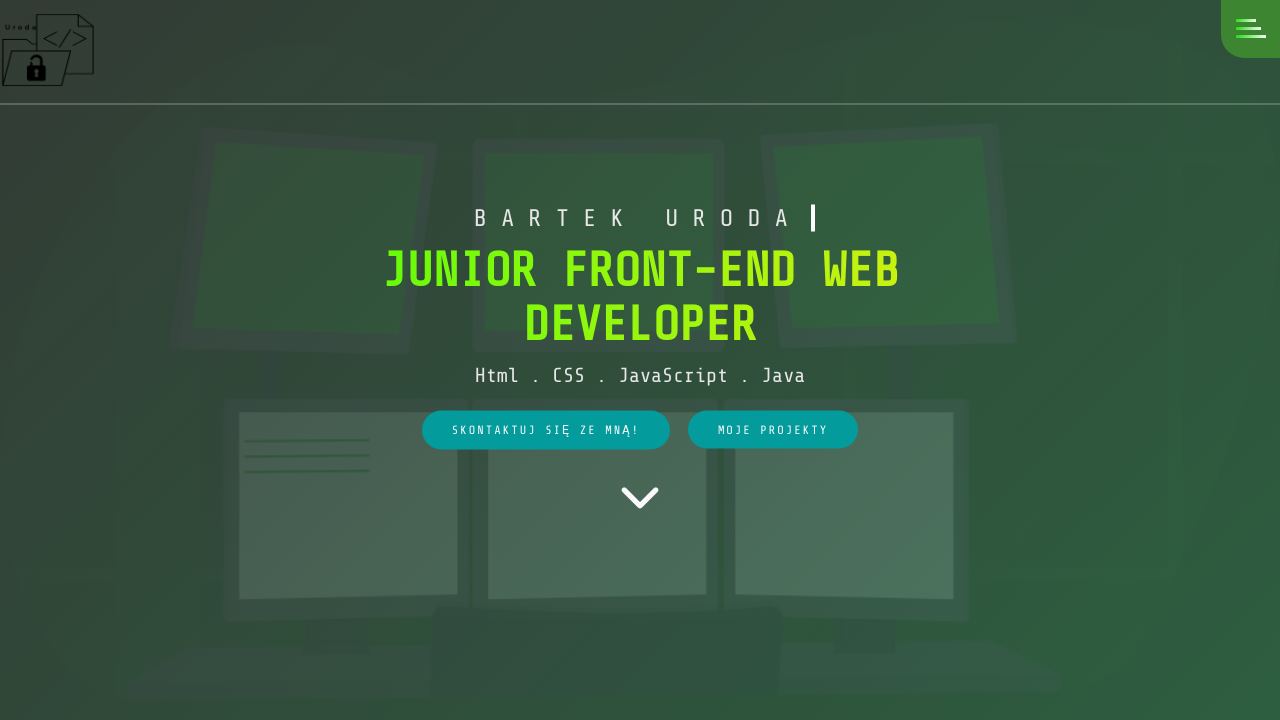
Repository: BartekUroda/portfolio
Page: index.html
The author's editor kept a copy of each file at every save. The page is drawn from the files as they stood at one save, then again after the next save.
The browser window is 1280 px wide. The pictures show the whole page.
Some web libraries are served in a nearby version.

Above is the page before, as saved 2020-10-27 00:38:05.

### index.html
<!DOCTYPE html>
<html lang="en">
<head>
    <meta charset="UTF-8">
    <meta name="viewport" content="width=device-width, initial-scale=1.0">
    <title>Portfolio | Bartek Uroda</title>
    <link rel="stylesheet" type="text/css" href="css/style.css">
    <link href="https://fonts.googleapis.com/css2?family=Poppins&sfamily=Share+Tech+Mono&display=swap" rel="stylesheet">
    <script src="https://kit.fontawesome.com/056e5c10dc.js" crossorigin="anonymous"></script>
    <link rel="shortcut icon" type="image/x-icon" href="images/favicon.ico" />
</head>
<body>
    <header>
        <div class="container">
            <nav>
                <div class="nav-brand">
                    <a href="index.html">
                        <img src="images/logo.png" alt="Uroda">
                    </a>
                </div>
                <div class="burger-menu-icon">
                    <div class="line1"></div>
                    <div class="line2"></div>
                    <div class="line3"></div>
                </div>
                <ul class="nav-list">
                    <li class="nav-item">
                      <a href="#landing-page">
                        <img
                          src="images/profile.jpeg"
                          alt="Bartek Uroda"
                          class="profile-pic nav-link"
                        >
                        <span class="caption nav-link">Bartek Uroda</span>
                      </a>
                    </li>
                    <li class="nav-item">
                      <a href="#about" class="nav-link">O mnie</a>
                    </li>
                    <li class="nav-item">
                      <a href="#services" class="nav-link">Usługi</a>
                    </li>
                    <li class="nav-item">
                      <a href="#projects" class="nav-link">Projekty</a>
                    </li>
                    <li class="nav-item">
                      <a href="#contact" class="nav-link">Kontakt</a>
                    </li>
                    <li class="nav-item">
                      <a href="https://www.facebook.com/bartlomiej.uroda.3" target="_blank" class="nav-link">
                        <i class="fab fa-facebook"></i>
                      </a>
                      <a href="https://github.com/Urodii" target="_blank" class="nav-link">
                        <i class="fab fa-github"></i>
                      </a>
                      <a href="https://www.youtube.com/channel/UCzT1h5RNvmbtrmKT5hPjyAg?view_as=subscriber" target="_blank" class="nav-link">
                        <i class="fab fa-youtube"></i>
                      </a>
                    </li>
                  </ul>
            </nav>
        </div>
    </header>
    <main>
      <section id="landing-page" class="landing-page">
        <div class="container">
          <div class="main-message">
            <h2>Bartek Uroda</h2>
            <h3>Junior Front-End Web Developer</h3>
            <p>Html . CSS . JavaScript . Java</p>
            <div class="intro-btn">
              <div class="cta">
                <a href="#contact" class="btn">Skontaktuj się ze mną!</a>
              </div>
              <div class="cta">
                <a href="#projects" class="btn">Moje Projekty</a>
              </div>
            </div>
            <div>
              <a href="#about" class="scroll-down">
                <i class="fa fa-chevron-down" aria-hidden="true"></i>
              </a>
            </div>
          </div>
        </div>
      </section>
    </main>
 <script type="text/javascript" src="js/main.js"></script>
</body>
</html>

### css/style.css
/* ----------GLOBAL STYLES---------- */
*,
*::before,
*::after {
  margin: 0;
  padding: 0;
  box-sizing: inherit;
}
html {
    font-family: "Share Tech Mono", monospace;
    font-size: 12px;
    box-sizing: border-box;
    scroll-behavior: smooth;
    color: #e7e7e7;
    background: rgb(49, 68, 56);
}

a {
    text-decoration: none;
    color: rgb(3, 155, 23);
}

a:hover {
    color: rgba(249, 105, 14, 1);
}

ul {
    list-style: none;
}

p {
    font-size: 1.4rem;
}

img {
    width: 100%;
    max-width: 100%;
    height: auto;
}
/* ----------HEADER---------- */
header {
    width: 100%;
    height: 5rem;
    position: absolute;
    top: 0;
    left: 0;
    z-index: 1;
}
.contenier {
    width: 100%;
    max-width: 90rem;
    margin: 0 auto;
    padding: 0 1.5rem;
}
.nav-brand {
    width: 8rem;
}
nav {
    width: 100%;
    display: flex;
    align-items: center;
    justify-content: space-between;
    padding: 1rem 0;
    border-bottom: 2px solid rgba(255, 255, 255, .2);
}
.line1 {
    width: 20px;
    height: 3px;
    margin: 5px 0;
    background: linear-gradient(
      135deg,
      rgb(27, 218, 10) 0%,
      rgb(255, 255, 255) 100%
    );
}
.line2 {
    width: 25px;
    height: 3px;
    background: linear-gradient(
      135deg,
      rgb(27, 218, 10) 0%,
      rgb(255, 255, 255) 100%
    );
}
.line3 {
    width: 30px;
    height: 3px;
    margin: 5px 0;
    background: linear-gradient(
      135deg,
      rgb(27, 218, 10) 0%,
      rgb(255, 255, 255) 100%
    );
}
.burger-menu-icon {
    cursor: pointer;
    z-index: 999;
    position: fixed;
    right: 0;
    top: 0;
    background-color: rgba(67, 145, 47, 0.815);
    padding: 1.2rem;
    border-radius: 0% 0% 0% 40%;
}
.profile-pic {
    height: 9rem;
    width: auto;
    border-radius: 50%;
    display: block;
    margin: 1.5rem 0;
}
.caption {
    display: block;
}
.nav-list {
    width: 24rem;
    height: 100vh;
    background-color:  rgb(69, 85, 75);
    position: fixed;
    top: 0;
    right: -26rem;
    display: flex;
    flex-direction: column;
    align-items: center;
    justify-self: start;
    z-index: 998;
    transition: all 650ms ease-in-out;
}
.nav-list.active {
    right: 0;
}
.nav-item {
    margin: 1.2rem 0;
}
.nav-link {
    opacity: 0;
    font-size: 1.3rem;
    text-transform: uppercase;
    color: #cecece;
    letter-spacing: 1.5px;
}
.nav-link:hover {
    color: rgb(62, 248, 15);
}
.toggle {
    background: none;
}
.toggle .line1 {
    transform: rotate(-45deg) translate(-5px, 6px) scalex(2);
}
.toggle .line2 {
    opacity: 0;
}
.toggle .line3 {
    width: 20px;
    transform: rotate(45deg) translate(-5px, -6px) scalex(2);
    margin-left: 0px;
}
@keyframes navLinkAnimate {
    from{
        opacity: 0;
        transform: translate(50px);
    }
    to{
        opacity: 1;
        transform: translate(0px);
    }
}
/* ----------MAIN---------- */
.landing-page{
    width: 100%;
    height: 100vh;
    background: linear-gradient(
        135deg,
        rgba(50, 58, 52, 0.9) 0%,
        rgba(44, 100, 65, 0.8) 100%
    ),
    url('../images/mainpage.png') center no-repeat;
    background-size: contain;
    position: relative;
}
.main-message {
    width: 100%;
    max-width: 58rem;
    text-transform: uppercase;
    position: absolute;
    left: 50%;
    top: 50%;
    transform: translate(-50%, -50%);
    text-align: center;
}
.main-message h2 {
    letter-spacing: 1.2rem;
    font-size: 2rem;
    font-weight: 400;
    overflow: hidden;
    white-space: nowrap;
    animation: typing 5s steps(27), blink 1s ease-in-out 7s infinite;
    width: 27ch;
    margin: auto;
    border-right: 4px solid rgba(255, 255, 255, 1);
}

@keyframes typing {
    75% {
      width: 0ch;
      color: rgb(178, 249, 14);
    }
    100% {
      width: 27ch;
    }
  }

  @keyframes blink {
    0% {
      border-right: 4px solid rgba(255, 255, 255, 0);
    }
    100% {
      border-right: 4px solid rgb(194, 194, 194);
    }
  }

.main-message h3 {
    font-size: 4rem;
    margin: 1rem 0;
    color: rgba(249, 105, 14, 1);
    background: linear-gradient(
      to right,
      rgb(87, 253, 9) 0%,
      rgb(217, 240, 17) 100%
    );
    -webkit-background-clip: text;
    -webkit-text-fill-color: transparent;
}

.main-message p {
    text-transform: none;
    font-size: 1.7rem;
    font-weight: 400;
}

.intro-btn {
    display: flex;
    justify-content: center;
}

.btn {
    margin: 0 9px;
    background: rgba(3, 155, 155);
    border-radius: 2rem;
    color: #fafafa;
    padding: 1rem 2.5rem;
    display: inline-block;
    margin-top: 2rem;
    transition: background-color 650ms;
    font-weight: 500;
    letter-spacing: 2px;
}
.btn:hover {
    color: #fafafa;
    background-color: rgb(176, 189, 0);
}

.scroll-down i {
    color: #fafafa;
    transition: color 650ms;
    margin-top: 2rem;
    font-size: 3.5rem;
}

.scroll-down i:hover {
    color: rgb(176, 189, 0);
}

### js/main.js
//eselect elements
const selectElement = (s) => document.querySelector(s);
const navLinks = document.querySelectorAll(".nav-link");

selectElement(".burger-menu-icon").addEventListener("click", () => {
    selectElement(".nav-list").classList.toggle("active");
    selectElement(".burger-menu-icon").classList.toggle("toggle")

    navLinks.forEach((link, index) => {
        if (link.style.animation){
            link.style.animation = ""
        }else{
            link.style.animation = `navLinkAnimate 0.5s ease forwards ${ index/7 + 0.5}s`
            console.log(index/7 + 0.5)
        }
    })
});

After the next save:
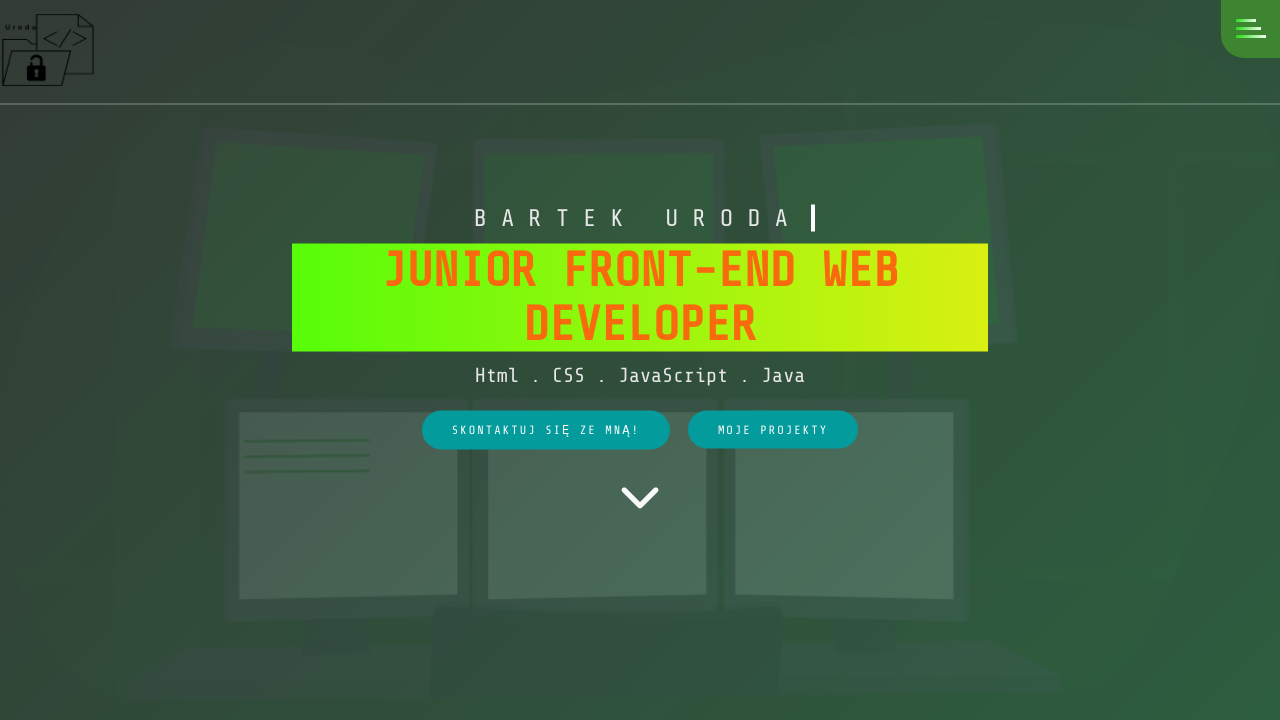
Saved 3 min 23 s later.
--- a/css/style.css
+++ b/css/style.css
@@ -200,7 +200,6 @@ nav {
     margin: auto;
     border-right: 4px solid rgba(255, 255, 255, 1);
 }
-
 @keyframes typing {
     75% {
       width: 0ch;
@@ -209,17 +208,15 @@ nav {
     100% {
       width: 27ch;
     }
-  }
-
-  @keyframes blink {
+}
+@keyframes blink {
     0% {
       border-right: 4px solid rgba(255, 255, 255, 0);
     }
     100% {
       border-right: 4px solid rgb(194, 194, 194);
     }
-  }
-
+}
 .main-message h3 {
     font-size: 4rem;
     margin: 1rem 0;
@@ -229,21 +226,16 @@ nav {
       rgb(87, 253, 9) 0%,
       rgb(217, 240, 17) 100%
     );
-    -webkit-background-clip: text;
-    -webkit-text-fill-color: transparent;
-}
-
+}
 .main-message p {
     text-transform: none;
     font-size: 1.7rem;
     font-weight: 400;
 }
-
 .intro-btn {
     display: flex;
     justify-content: center;
 }
-
 .btn {
     margin: 0 9px;
     background: rgba(3, 155, 155);
@@ -260,14 +252,12 @@ nav {
     color: #fafafa;
     background-color: rgb(176, 189, 0);
 }
-
 .scroll-down i {
     color: #fafafa;
     transition: color 650ms;
     margin-top: 2rem;
     font-size: 3.5rem;
 }
-
 .scroll-down i:hover {
     color: rgb(176, 189, 0);
 }

After the save that followed:
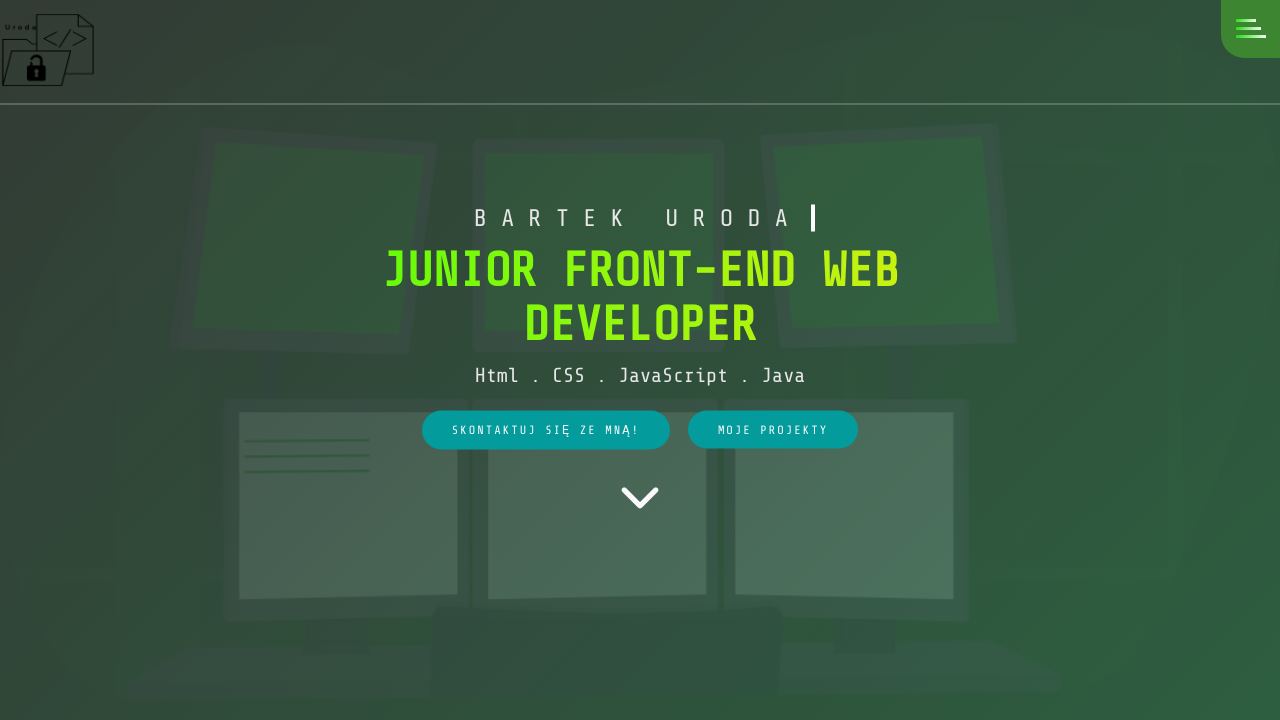
Saved 5 s later.
--- a/css/style.css
+++ b/css/style.css
@@ -226,6 +226,8 @@ nav {
       rgb(87, 253, 9) 0%,
       rgb(217, 240, 17) 100%
     );
+    -webkit-background-clip: text;
+    -webkit-text-fill-color: transparent;
 }
 .main-message p {
     text-transform: none;
